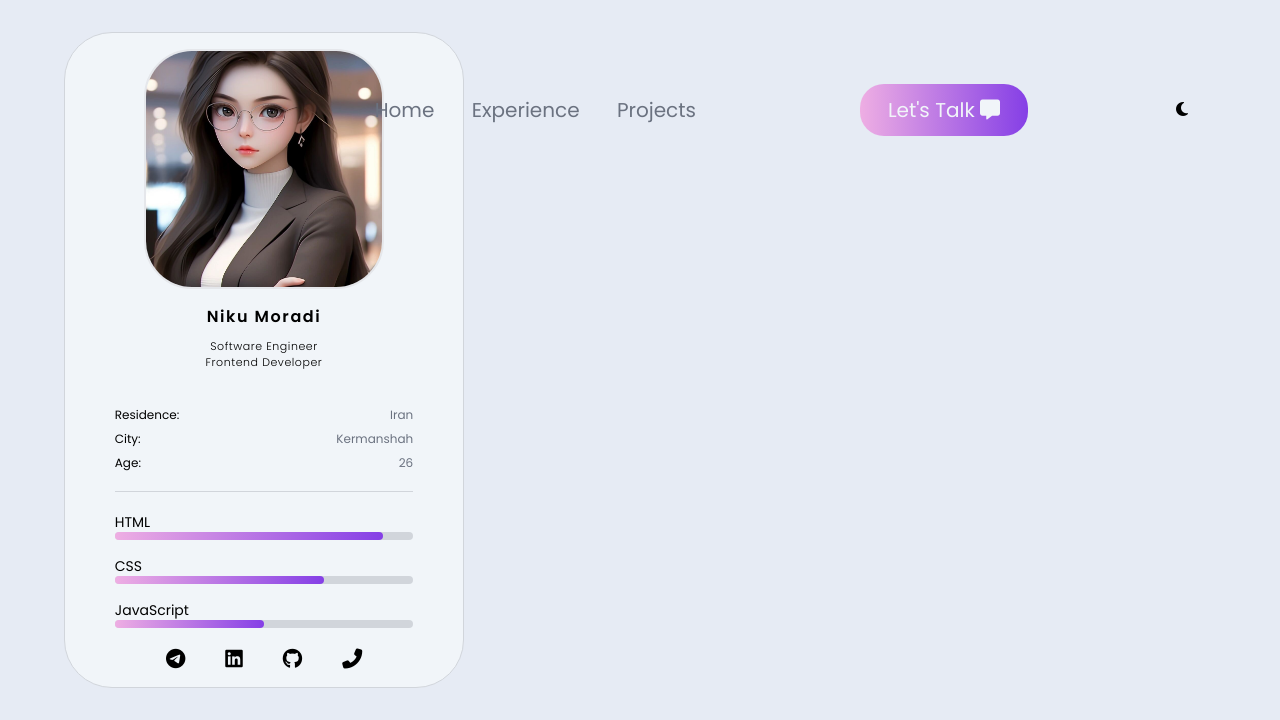
Repository: NikuMoradi/niku-moradi
Page: /
An editor plug-in stored every save of this project. The page is shown before and after the next save, followed by the edit.
The browser window is 1280 px wide. The pictures show the whole page.
The project was rebuilt for these pictures with package versions that can differ from the ones it lists, and the page was loaded fresh each time. The framework's server and built-in components were replaced by stand-ins that run in the browser. Also part of the build but not shown: nuxt.config.ts, components/Blog Posts/Component-Design.vue, components/Blog.vue, components/Contact.vue, components/Education.vue, components/Experience.vue, components/Hero.vue, components/Menu.vue and 3 more.

Above is the page before, as saved 2024-12-01 11:59:01.

After the next save:
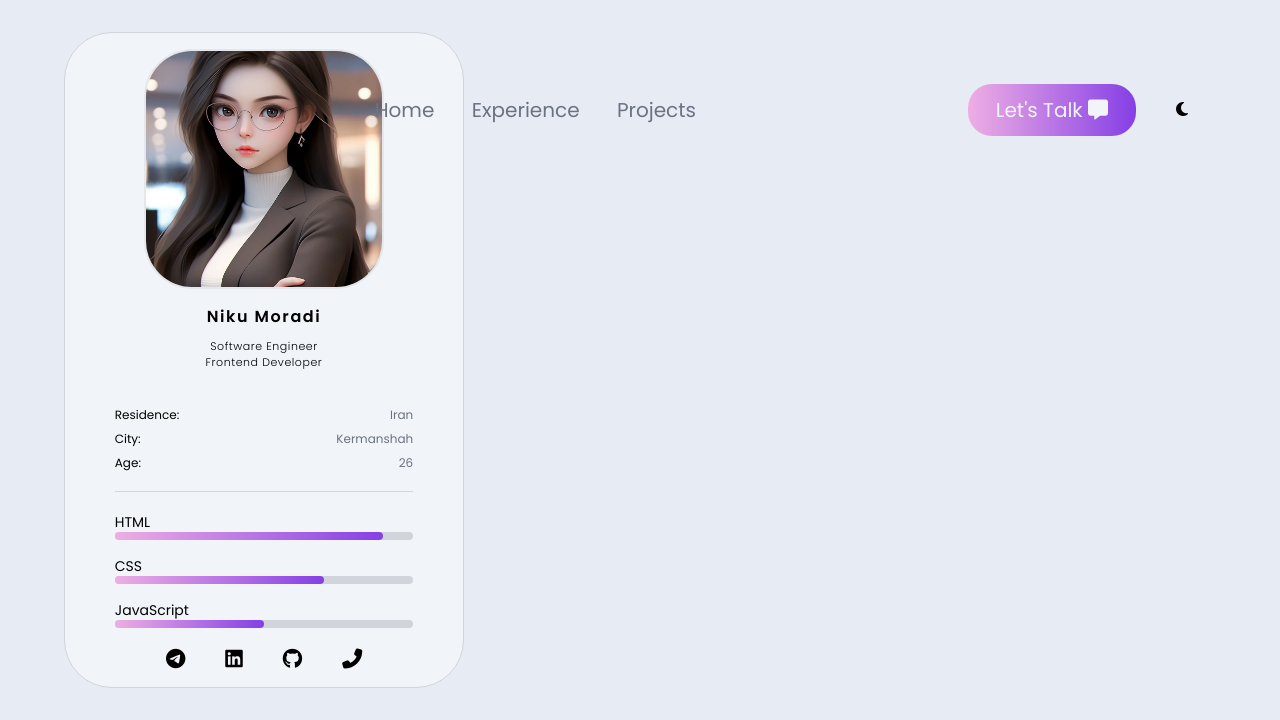
Saved 35 s later.
--- a/components/Navbar.vue
+++ b/components/Navbar.vue
@@ -32,14 +32,16 @@
       </NuxtLink>
       <!-- Blog -->
     </div>
-    <button
-      class="py-3 px-7 rounded-3xl text-xl text-slate-100 bg-primary-gradient"
-    >
-      Let's Talk
-      <i class="fa fa-message"></i>
-    </button>
-    <button>
-      <i class="fa fa-moon"></i>
-    </button>
+    <div class="flex space-x-10">
+      <button
+        class="py-3 px-7 rounded-3xl text-xl text-slate-100 bg-primary-gradient"
+      >
+        Let's Talk
+        <i class="fa fa-message"></i>
+      </button>
+      <button>
+        <i class="fa fa-moon"></i>
+      </button>
+    </div>
   </div>
 </template>
